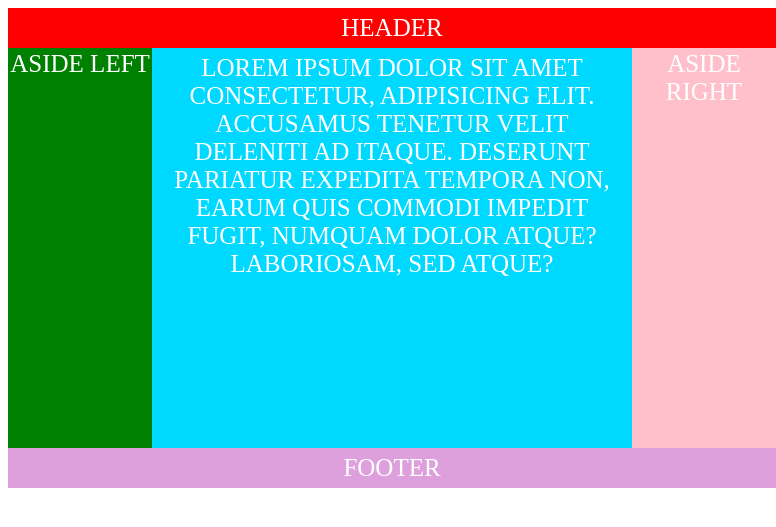
Repository: magdaf41/CSS
Page: zadanie_7/index.html
The author's editor kept a copy of each file at every save. The page is drawn from the files as they stood at one save, then again after the next save.
The browser window is 768 px wide. The page is 776 px wide, so the pictures cover 776 px, including what lies to the right of the window. The pictures show the whole page.

Above is the page before, as saved 2020-08-24 20:39:09.

### zadanie_7/index.html
<!DOCTYPE html>
<html lang="en">

<head>
    <meta charset="UTF-8">
    <meta name="viewport" content="width=device-width, initial-scale=1.0">
    <title>Document</title>
    <link rel="stylesheet" href="css/style.css">
</head>

<body>
    <h1>Header</h1>
    <main id="container">
        <aside id="left">Aside left</aside>
        <p>Lorem ipsum dolor sit amet consectetur, adipisicing elit. Accusamus tenetur velit deleniti ad itaque. Deserunt
            pariatur expedita tempora non, earum quis commodi impedit fugit, numquam dolor atque? Laboriosam, sed atque?</p>
        <aside id="right">Aside right</aside>
    </main>

    <footer>Footer</footer>
</body>

</html>

### zadanie_7/css/style.css
*{
    box-sizing: border-box;
    text-transform: uppercase;
    color: white;
    width: 100%;
    height: 400px;
    font-size: 25px;
    text-align: center;


}
#container {
    display: flex;
}

h1{
    background-color: red;
    height: 10%;
    margin: auto;
    font-weight: normal;
    margin: auto;
    padding: 6px 0;
}
p{
    background-color: rgb(0, 217, 255);
    width: 60%;
    margin: auto;
    padding: 6px;
}
aside{
    width: 30%;
    padding: 2px;
}

#left{
    background-color: green;
    float: left;
}
#right{
    background-color: pink;
    float: right;
}
footer{
    background-color: plum;
    height: 10%;
    padding: 6px 0;
}

@media screen and (max-width: 768px){
    p{
        width: 100%;
    }
}

After the next save:
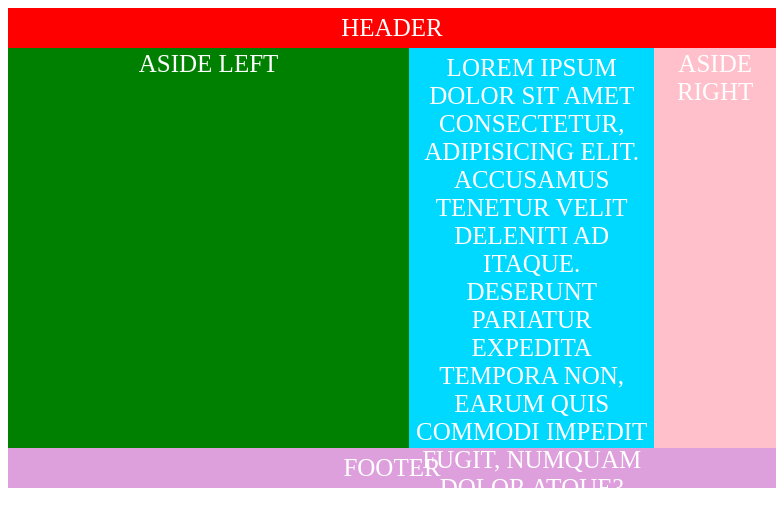
Saved 53 s later.
--- a/zadanie_7/css/style.css
+++ b/zadanie_7/css/style.css
@@ -47,7 +47,7 @@ footer{
 }
 
 @media screen and (max-width: 768px){
-    p{
+    #left{
         width: 100%;
     }
 }
